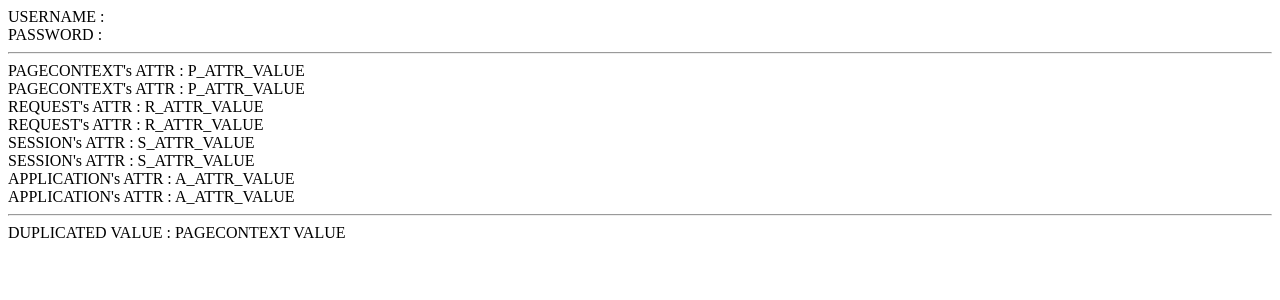
Repository: Leehj9094/JAVA_BOOK-
Page: http://localhost/01JSP/C08/01EL/result.jsp
The author's editor kept a copy of each file at every save. The page is drawn from the files as they stood at one save, then again after the next save.
The browser window is 1280 px wide. The pictures show the whole page.
The page is served by Tomcat 9. Other server files are loaded and not shown.

Above is the page before, as saved 2025-04-04 02:35:49.

### JSP/01JSP/src/main/webapp/C08/01EL/result.jsp
<%@ page language="java" contentType="text/html; charset=UTF-8"
    pageEncoding="UTF-8"%>
<!DOCTYPE html>
<html>
<head>
<meta charset="UTF-8">
<title>Insert title here</title>
</head>
<body>

<!--
	EL(Expression Language) : 내장객체의 Scope 참조
	PageScope 				: 현재 JSP페이지 내에서만 사용 가능한 속성 / 기능 (관련 내장객체 : pageContext)
	requestScope 			: 하나의 요청 처리동안 (관련 내장객체 : request)
	sessionScope 			: 일정기간 동안(지정된 혹은 기본값) (관련 내장객체 : session)
	applicationScope 		: 서버 종료 시 동안 (관련 내장 객체 application)

 -->
<%

	pageContext.setAttribute("P_ATTR", "P_ATTR_VALUE");
	request.setAttribute("R_ATTR","R_ATTR_VALUE");
	session.setAttribute("S_ATTR","S_ATTR_VALUE");
	application.setAttribute("A_ATTR", "A_ATTR_VALUE");

	pageContext.setAttribute("DUP", "PAGECONTEXT VALUE");
	request.setAttribute("DUP","REQUEST VALUE");

%>


<!-- EL : PARAM -->

USERNAME : ${param.username } <br/>
PASSWORD : ${param.password } <br/>

<hr/>
<!-- EL : ATTRIBUTE -->
PAGECONTEXT's ATTR : ${P_ATTR }<br/>
PAGECONTEXT's ATTR : ${pageScope.P_ATTR}<br/>
REQUEST's ATTR : ${R_ATTR}<br/>
REQUEST's ATTR : ${requestScope.R_ATTR}<br/>
SESSION's ATTR : ${S_ATTR}<br/>
SESSION's ATTR : ${sessionScope.S_ATTR}<br/>
APPLICATION's ATTR : ${A_ATTR}<br/>
APPLICATION's ATTR : ${applicationScope.A_ATTR}<br/>
<hr />
<!-- EL : ATTRIBUTE(중복값) -->
DUPLICATED VALUE : ${DUP}<br/>

</body>
</html>

After the next save:
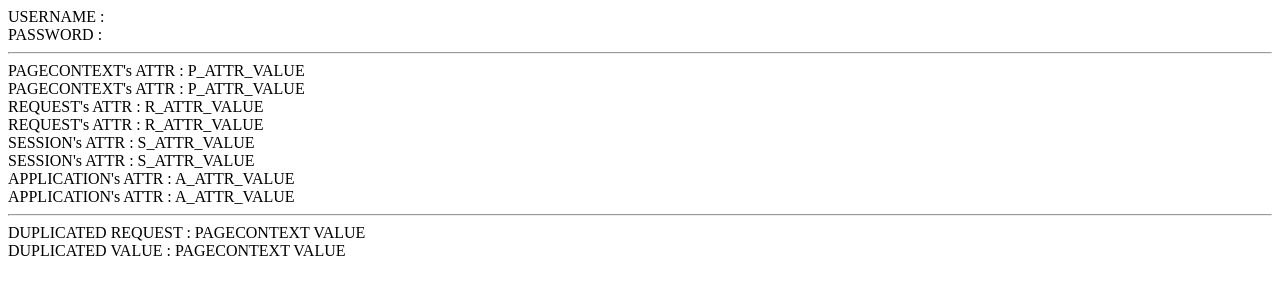
Saved 34 s later.
--- a/JSP/01JSP/src/main/webapp/C08/01EL/result.jsp
+++ b/JSP/01JSP/src/main/webapp/C08/01EL/result.jsp
@@ -46,6 +46,7 @@ APPLICATION's ATTR : ${A_ATTR}<br/>
 APPLICATION's ATTR : ${applicationScope.A_ATTR}<br/>
 <hr />
 <!-- EL : ATTRIBUTE(중복값) -->
+DUPLICATED REQUEST : ${DUP}<br/>
 DUPLICATED VALUE : ${DUP}<br/>
 
 </body>
